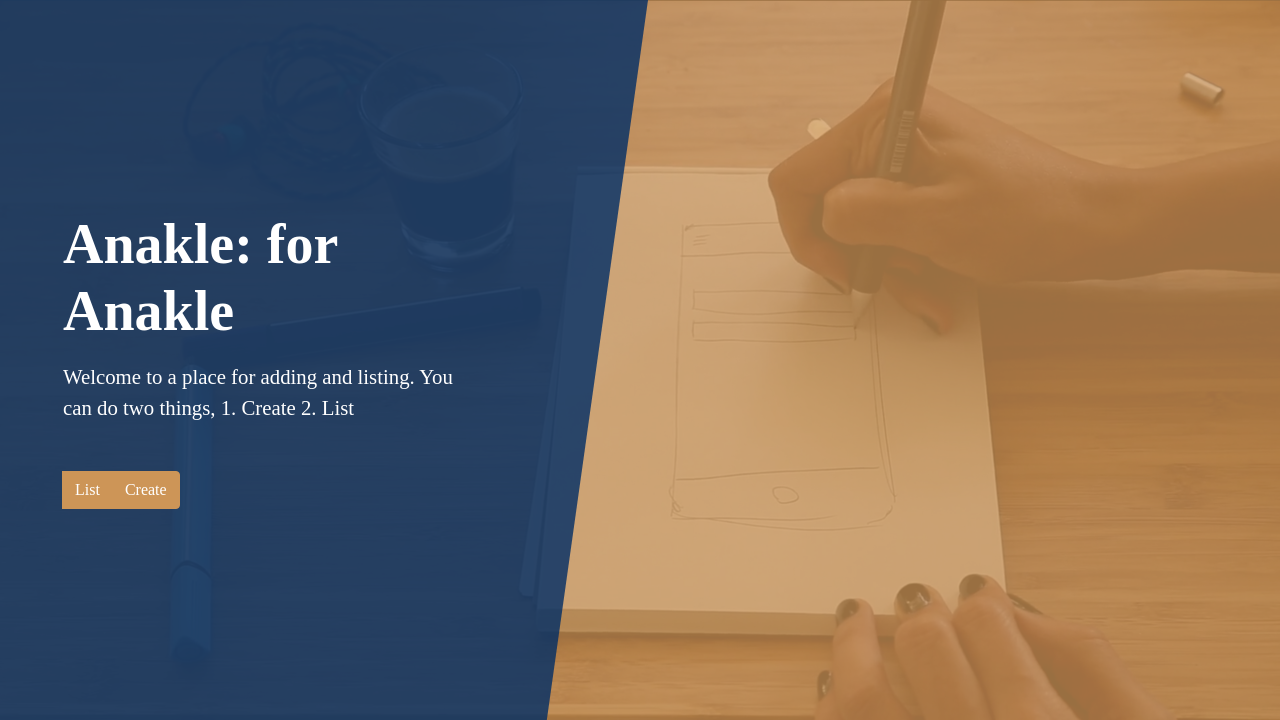
Repository: Guruscode/mega-list
Page: http://localhost/
The author's editor kept a copy of each file at every save. The page is drawn from the files as they stood at one save, then again after the next save.
The browser window is 1280 px wide. The pictures show the whole page.
Some web fonts or font styles are not loaded; a fallback is used. The page is run by PHP 8.4 with error messages shown; the project is at /var/www/html/.

Above is the page before, as saved 2018-02-22 16:10:46.
Console error: TypeError: Cannot read properties of undefined (reading 'fn')

### index.php
<!DOCTYPE html>
<html lang="en">
<head>
    <meta charset="UTF-8">
    <meta name="viewport" content="width=device-width, initial-scale=1.0">
    <meta http-equiv="X-UA-Compatible" content="ie=edge">

    <link rel="stylesheet" href="css/bootstrap.min.css">
    <link href="css/welcome.min.css" rel="stylesheet">
    <link href="https://fonts.googleapis.com/css?family=Source+Sans+Pro:200,200i,300,300i,400,400i,600,600i,700,700i,900,900i" rel="stylesheet">
    <link href="https://fonts.googleapis.com/css?family=Merriweather:300,300i,400,400i,700,700i,900,900i" rel="stylesheet">
    <link href="vendor/font-awesome/css/font-awesome.min.css" rel="stylesheet">
    <title>Anakle: For Anakle</title>
</head>
<body>

        <div class="overlay"></div>

        <div class="masthead">
        <div class="masthead-bg"></div>
        <div class="container h-100">
            <div class="row h-100">
            <div class="col-12 my-auto">
                <div class="masthead-content text-white py-5 py-md-0">
                <h1 class="mb-3">Anakle: for Anakle</h1>
                <p class="mb-5">Welcome to a place for adding and listing. You can do two things, 1. Create 2. List</p>
                <div class="input-group input-group-newsletter">

                    <div class="input-group-append">
                    <a class="btn btn-secondary pull-left">List</a>
                    <a onclick="checklogin()"  class="btn btn-secondary pull-right">Create</a>
                    </div>
                </div>
                </div>
            </div>
            </div>
        </div>
        </div>


<script src="js/bootstrap.min.js"></script>
<script src="js/jquery-3.3.1.min.js"></script>
<script src="js/bootstrap.bundle.min.js"></script>
<script src="js/jquery.vide.min.js"></script>
<script src="js/welcome.min.js"></script>

<script>

    function checklogin(){
        console.log('hj');
        //ajax function to check if user is logged in,
        //if yes, display add form,
        //if no, display login/signup form

        $.ajax('checkuserlogin.php', {
            data: {
                id: null
            }
        })
        .then(
            function success(response) {
                if(response == 'yes'){
                    console.log('display add form');
                }else{
                    console.log('display login form');
                }

                console.log(response);
            },

            function fail(data, status) {
                alert(status);
            }
        );

    }

</script>

</body>
</html>

Loaded but not shown: css/bootstrap.min.css (library); css/welcome.min.css (common file); js/bootstrap.min.js (library); js/jquery-3.3.1.min.js (library); js/bootstrap.bundle.min.js (library); js/jquery.vide.min.js (library); js/welcome.min.js (common file)

After the next save:
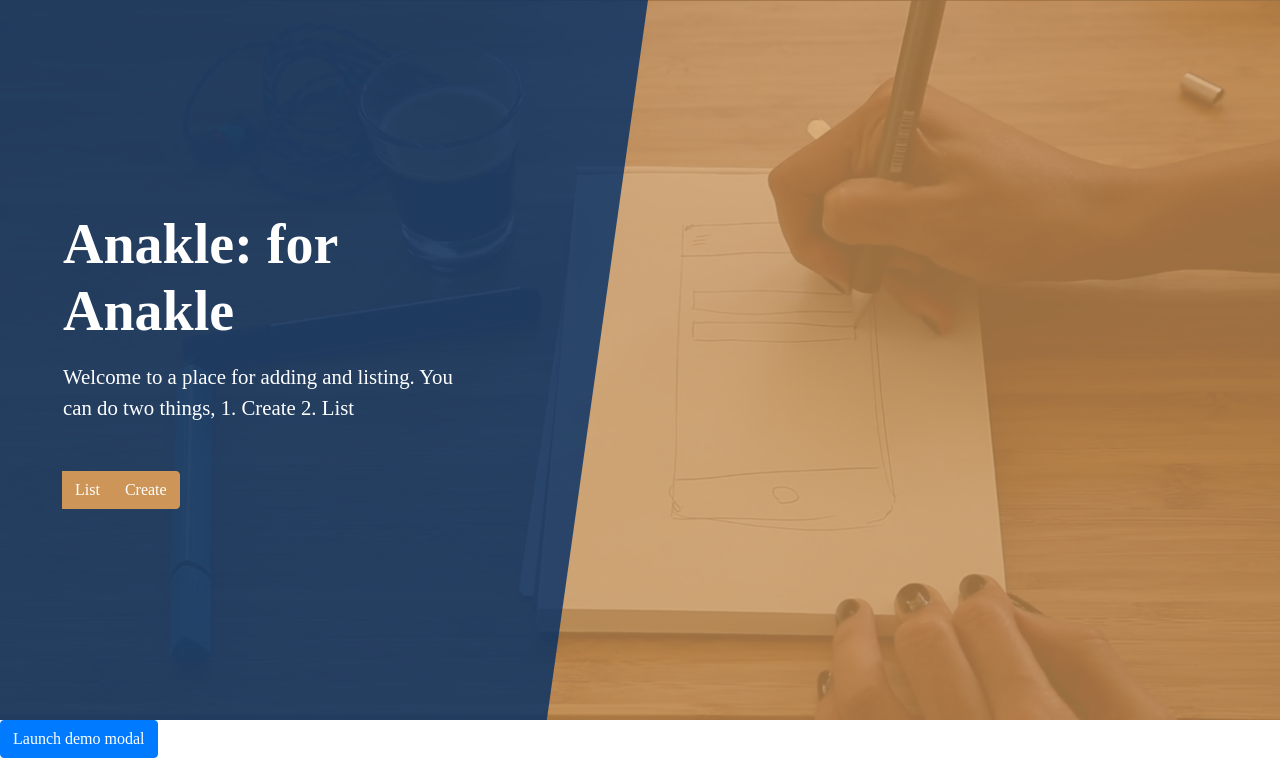
Saved 2 min 24 s later.
--- a/index.php
+++ b/index.php
@@ -37,6 +37,36 @@
         </div>
         </div>
 
+<!-- login register modal starts-->
+
+
+<!-- Button trigger modal -->
+<button type="button" class="btn btn-primary" data-toggle="modal" data-target="#exampleModalCenter">
+  Launch demo modal
+</button>
+
+<!-- Modal -->
+<div class="modal fade" id="exampleModalCenter" tabindex="-1" role="dialog" aria-labelledby="exampleModalCenterTitle" aria-hidden="true">
+  <div class="modal-dialog modal-dialog-centered" role="document">
+    <div class="modal-content">
+      <div class="modal-header">
+        <h5 class="modal-title" id="exampleModalLongTitle">Modal title</h5>
+        <button type="button" class="close" data-dismiss="modal" aria-label="Close">
+          <span aria-hidden="true">&times;</span>
+        </button>
+      </div>
+      <div class="modal-body">
+        ...
+      </div>
+      <div class="modal-footer">
+        <button type="button" class="btn btn-secondary" data-dismiss="modal">Close</button>
+        <button type="button" class="btn btn-primary">Save changes</button>
+      </div>
+    </div>
+  </div>
+</div>
+
+<!-- Login Register Modal Ends -->
 
 <script src="js/bootstrap.min.js"></script>
 <script src="js/jquery-3.3.1.min.js"></script>
